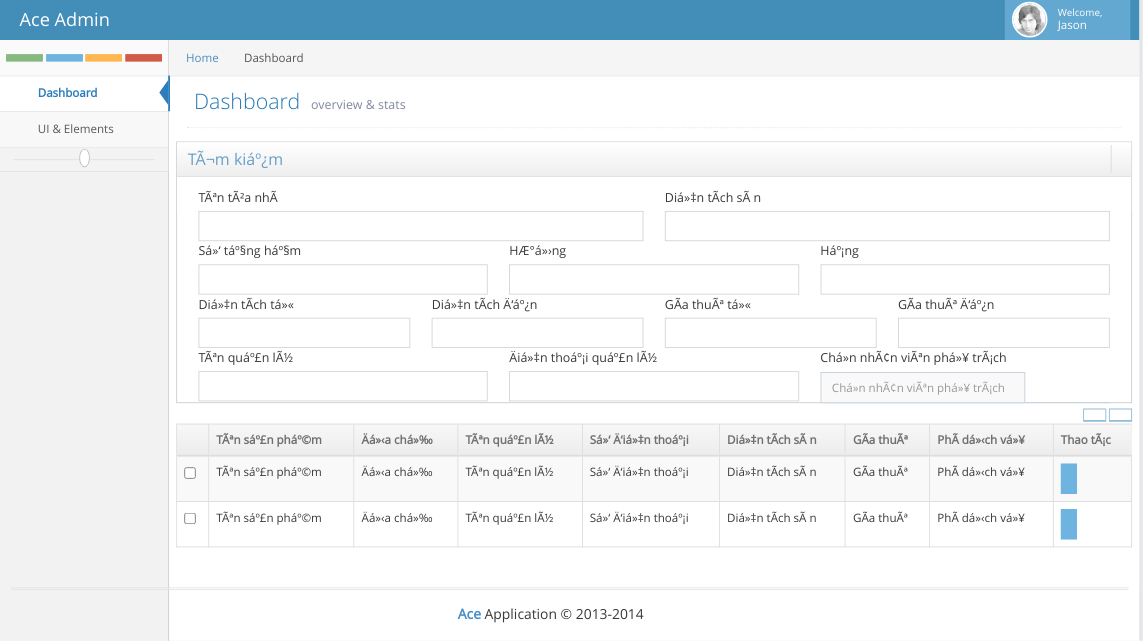
Repository: vythisang/BuildFramework
Page: http://localhost/java-console/views/admin/building/list.jsp
These files come from the project's save history. The page is drawn as it stood at one moment and after the next save; the edit follows.
The browser window is 1280 px wide. The page is 1284 px wide, then 1280 px, so the pictures cover 1284 px, including what lies to the right of the window. The pictures show the whole page, at 89% of full size.
Some icons come from a web library that is not loaded, so they are not drawn. The page is served by Tomcat 9. Nobody is signed in. The application's start-up code is not run.

Above is the page before, as saved 2019-12-14 14:52:57.

After the next save:
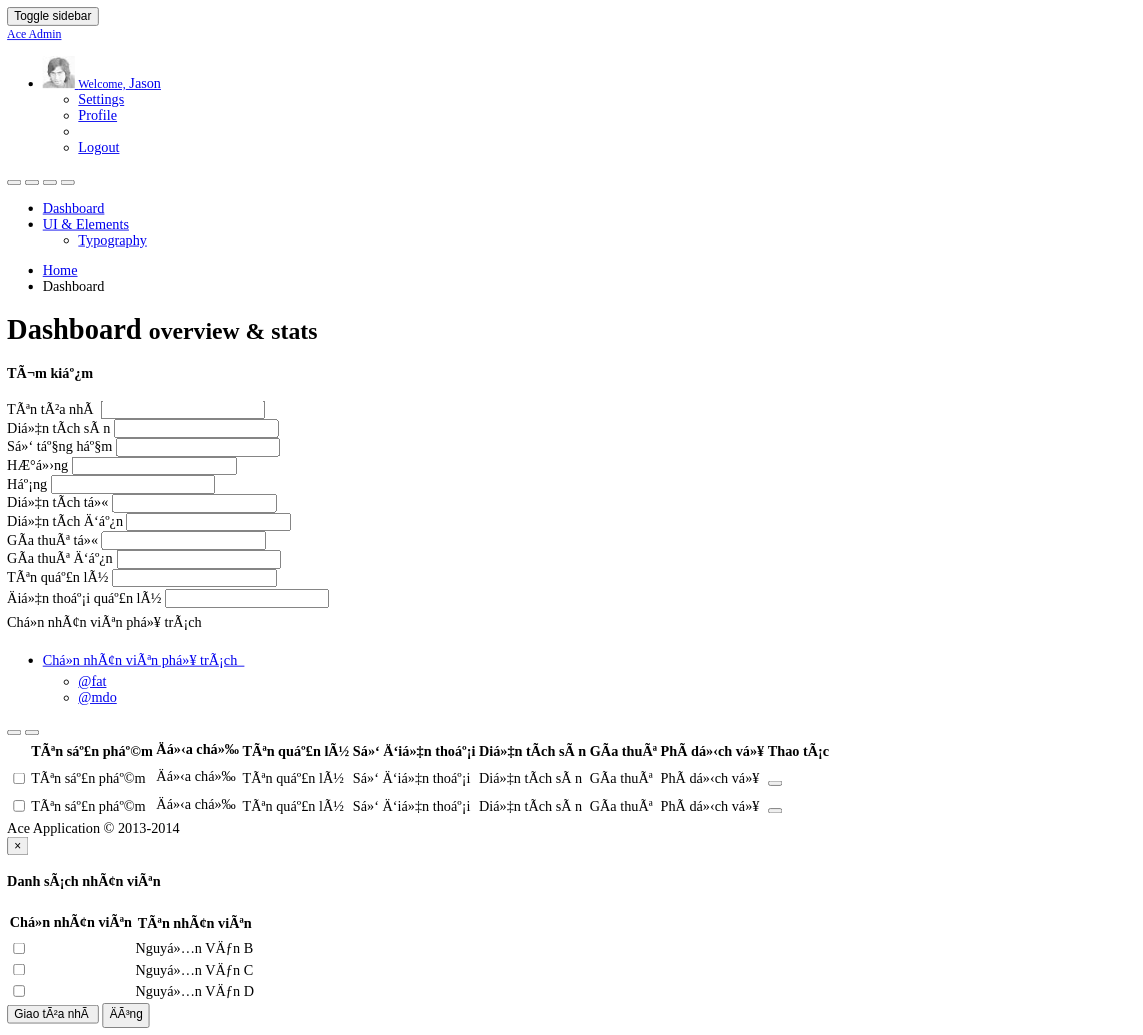
Saved 4 s later.
--- a/workspace-java-console/java-console/src/main/webapp/views/admin/building/list.jsp
+++ b/workspace-java-console/java-console/src/main/webapp/views/admin/building/list.jsp
@@ -1,18 +1,8 @@
 <!DOCTYPE html>
 <html lang="en">
 	<head>
-		<meta http-equiv="X-UA-Compatible" content="IE=edge,chrome=1" />
 		<meta charset="utf-8" />
-		<title>Dashboard - Ace Admin</title>
-
-		<meta name="description" content="overview &amp; stats" />
-		<meta name="viewport" content="width=device-width, initial-scale=1.0, maximum-scale=1.0" />
-		<link rel="stylesheet" href="assets/css/bootstrap.min.css" />
-		<link rel="stylesheet" href="assets/font-awesome/4.2.0/css/font-awesome.min.css" />
-		<link rel="stylesheet" href="assets/fonts/fonts.googleapis.com.css" />
-		<link rel="stylesheet" href="assets/css/ace.min.css" class="ace-main-stylesheet" id="main-ace-style" />
-		<script src="assets/js/ace-extra.min.js"></script>
-
+		<title>Danh sach toa nha</title>
 	</head>
 
 	<body class="no-skin">
